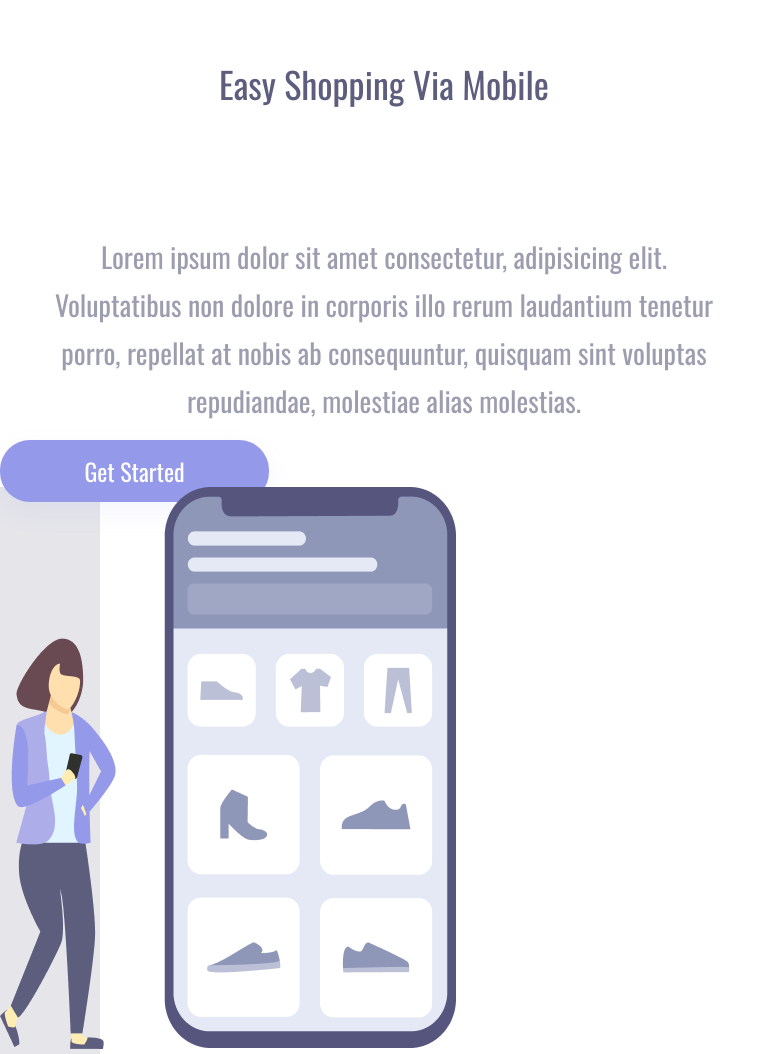
Repository: DihOliver/Projeto-Responsivo
Page: index.html
These files come from the project's save history. The page is drawn as it stood at one moment and after the next save; the edit follows.
The browser window is 768 px wide. The pictures show the whole page.
Some web fonts or font styles are not loaded; a fallback is used.

Above is the page before, as saved 2023-06-14 18:38:40.

### index.html
<!DOCTYPE html>
<html lang="en">
  <head>
    <meta charset="UTF-8" />
    <meta http-equiv="X-UA-Compatible" content="IE=edge" />
    <meta name="viewport" content="width=device-width, initial-scale=1.0" />
    <link rel="stylesheet" href="./styles.css" />
    <link rel="preconnect" href="https://fonts.googleapis.com" />
    <link rel="preconnect" href="https://fonts.gstatic.com" crossorigin />
    <link
      href="https://fonts.googleapis.com/css2?family=Montserrat:ital,wght@0,500;0,600;0,700;0,900;1,400&family=Oswald&family=Poppins:wght@400;500;700&family=Roboto:wght@400;500;700&family=Tilt+Prism&display=swap"
      rel="stylesheet"
    />
    <title>Css - Responsividade</title>
  </head>
  <body>
    <div class="wrapper">
      <section class="container-left">
        <h1>Easy Shopping Via Mobile</h1>
        <p>
          Lorem ipsum dolor sit amet consectetur, adipisicing elit. Voluptatibus
          non dolore in corporis illo rerum laudantium tenetur porro, repellat
          at nobis ab consequuntur, quisquam sint voluptas repudiandae,
          molestiae alias molestias.
        </p>
        <button>Get Started</button>
      </section>
      <section class="container-rigth">
        <header>
          <a>Home</a>
          <a>Work</a>
          <a>About</a>
          <a>Contact</a>
        </header>
        <img alt="Girl=cellphone.png" src="./img/girl-cellphone.png" />
      </section>
    </div>
  </body>
</html>

### styles.css
*{
    margin: 0;
    padding: 0;
    box-sizing: border-box;
    font-family: 'Oswald', sans-serif;
    font-weight: 400;
}

.wrapper {
    height: 100vh;
    width: 100vw;

}

.container-left {
    display: inline-block;
    width: 60%;
    padding: 136px;
    margin-top: 25%;


}


.container-rigth {
    display: inline-block;
    background-color: rgba(93,93,125,0.16);
    height: 100vh;
    position: absolute;
    width: 540px;
    width: 40%;


}

img {
    position: relative;
    top: 25%;
    right: 130px;
}

h1 {
    font-weight: 0px;
    font-size: 70px;
    line-height: 80px;
    color: #5D5D7D;
    width: 368px;
    height: 160px;
    width: 368px;


}

p {
    font-size: 28px;
    line-height: 48px;
    color: #5D5D7D;
    opacity: 0.6;
    margin: 15px 0;
    width: 540px;

}

button {
    width: 269px;
    height: 62px;
    background: #9499EA;
    font-size: 24px;
    line-height: 36px;
    text-align: center;
    box-shadow: 0px 10px 24px rgba(148, 153, 234, 0.0979959);
    color: #FFFFFF;
    border: none;
    border-radius: 30px;
    cursor: pointer;
    }

    button:hover {
        opacity: .8;
    }

    button:active {
        opacity: .5;
    }

    a {
        font-size: 28px;
        line-height: 41px;
        color: #5D5D7D;
        margin: 41px;
        cursor: pointer;
    }

    a:nth-child(2) {
        opacity: 0.4;

    }

    a:hover {
        opacity: 0.4;
    }

    a:active {
        opacity: 0.8;
    }

    header {
        margin: 24px 0 0 57px;
    }

    @media screen and (max-width: 900px) {
        .container-left {
            width: 100%;
            height: 50%;
            padding: 0;
            margin: 0;
        }

        .container-rigth {
            display: block;
            height: auto;
            width: 100px;
            position: static;
        }

        img {
            position: static;
        }

        header {
            display: none;
        }

        h1 {
            font-size:36px;
            line-height: 52px;
            width: auto;
            margin: 58px 50px 0 50px;
            text-align: center;
        }

        p {
            margin: 15px 40px;
            width: auto;
            text-align: center;
        }


    }

After the next save:
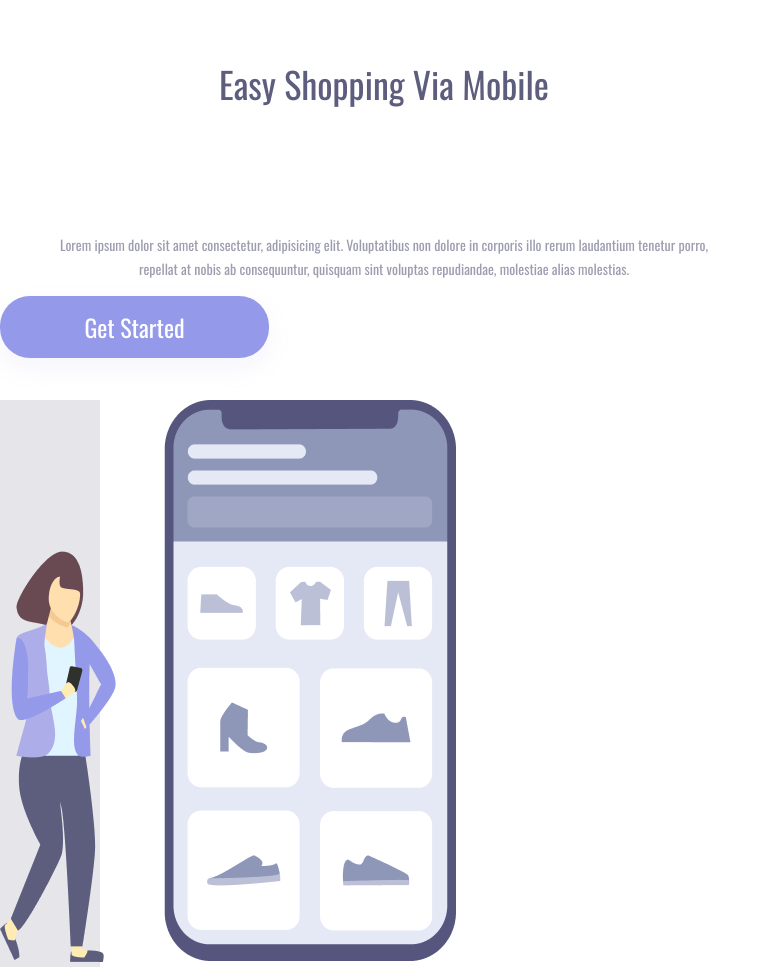
Saved 33 s later.
--- a/styles.css
+++ b/styles.css
@@ -143,6 +143,8 @@ button {
             margin: 15px 40px;
             width: auto;
             text-align: center;
+            font-size: 14px;
+            line-height: 24px;
         }
 
 
